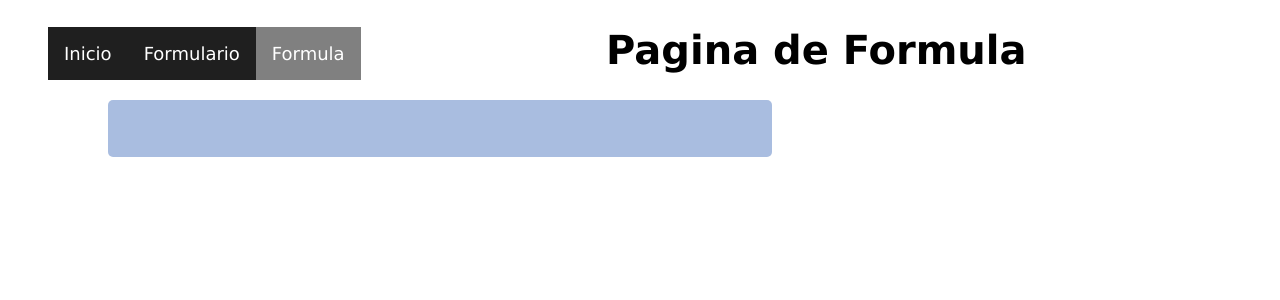
Repository: misterySnow94/tutoriales
Page: pagina basica/formula.html
An editor plug-in stored every save of this project. The page is shown before and after the next save, followed by the edit.
The browser window is 1280 px wide. The pictures show the whole page.

Above is the page before, as saved 2019-11-04 00:32:58.

### pagina basica/formula.html
<!DOCTYPE html>
<html lang="en">
<head>
    <meta charset="UTF-8">
    <meta name="viewport" content="width=device-width, initial-scale=1.0">
    <meta http-equiv="X-UA-Compatible" content="ie=edge">
    <title>inicio</title>
    <link rel="stylesheet" href="css/style.css">
</head>
<body>
    <nav>
        <ul>
            <li><a href="index.html"> Inicio </a></li>
            <li><a href="formulario.html">Formulario</a></li>
            <li class="active"><a href="formula.html">Formula</a></li>
        </ul>
    </nav>

    <div class="contenido">
        <h1>Pagina de Formula</h1>

        <form action="">
            <label for="numero_1">
                <h3></h3>
            </label>

        </form>
    </div>
</body>
</html>

### pagina basica/css/style.css
body{
    font-family: 'Lucida Sans', 'Lucida Sans Regular', 'Lucida Grande', 'Lucida Sans Unicode', Geneva, Verdana, sans-serif;
}

li{
    float: left;
    list-style: none;
    padding: 16px;
    background-color: rgb(31, 31, 31);
}

.active{
    background-color: gray;
}

li:hover{
    background-color: gray;
}

a{
    color: white;
    text-decoration: none;
    font-size: 18px;
}

h1{
    text-align: center;
    font-size: 40px;
}

form{
    margin-left: 100px;
    margin-right: 500px;
    background-color: rgb(169, 189, 224);
    border-radius: 5px;
    padding: 10px;
}

label, input, h3 , select{
    margin-left: 20px;
}

input, select{
    margin-left: 50px;
    border-radius: 5px;
    height: 30px;
    font-family: 'Lucida Sans', 'Lucida Sans Regular', 'Lucida Grande', 'Lucida Sans Unicode', Geneva, Verdana, sans-serif;
    background-color: cornsilk;
}

button{
    background-color: blueviolet;
    height: 50px;
    width: 300px;
    border:none;
    border-radius: 5px;
    font-family: 'Lucida Sans', 'Lucida Sans Regular', 'Lucida Grande', 'Lucida Sans Unicode', Geneva, Verdana, sans-serif;
    font-size: 30px;
    color:white;
    margin-left: 25%;
}

button:hover{
    background-color: rgb(190, 140, 236);
    color:black;
}

.radio{
    width: 20px;
    height: 20px;
}

After the next save:
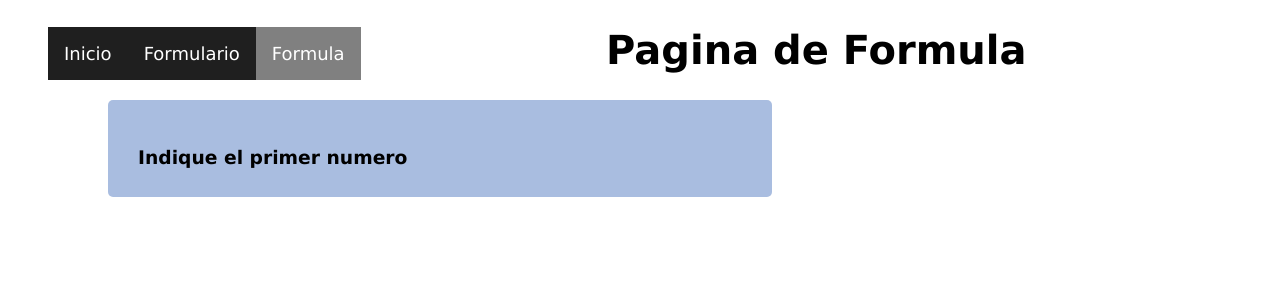
Saved 5 s later.
--- a/pagina basica/formula.html
+++ b/pagina basica/formula.html
@@ -21,7 +21,7 @@
 
         <form action="">
             <label for="numero_1">
-                <h3></h3>
+                <h3>Indique el primer numero</h3>
             </label>
 
         </form>
